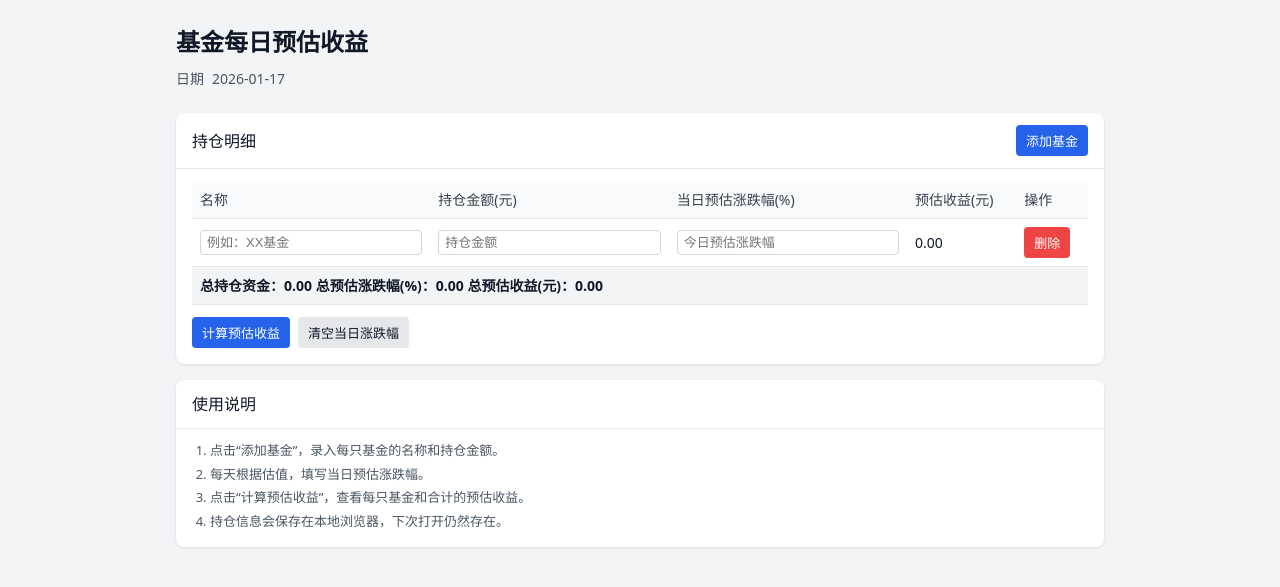
Repository: zt-boom/finance
Page: index.html
These files come from the project's save history. The page is drawn as it stood at one moment and after the next save; the edit follows.
The browser window is 1280 px wide. The pictures show the whole page.

Above is the page before, as saved 2026-01-17 12:01:10.

### index.html
<!DOCTYPE html>
<html lang="zh-CN">
<head>
<meta charset="UTF-8">
<title>基金每日预估收益</title>
<meta name="viewport" content="width=device-width,initial-scale=1">
<link rel="stylesheet" href="./style.css">
</head>
<body>
<div class="app">
<header class="app-header">
<h1>基金每日预估收益</h1>
<div class="date-row">
<span>日期</span>
<span id="current-date"></span>
</div>
</header>
<main class="app-main">
<section class="card">
<div class="card-header">
<h2>持仓明细</h2>
<button id="add-fund-btn" class="primary-button">添加基金</button>
</div>
<div class="card-body">
<div class="table-wrapper">
<table class="fund-table">
<thead>
<tr>
<th>名称</th>
<th>持仓金额(元)</th>
<th>当日预估涨跌幅(%)</th>
<th>预估收益(元)</th>
<th>操作</th>
</tr>
</thead>
<tbody id="fund-table-body"></tbody>
<tfoot>
<tr class="summary-row">
<td colspan="5">
<div class="summary-items">
<span>总持仓资金：<strong id="total-amount">0.00</strong></span>
<span>总预估涨跌幅(%)：<strong id="total-percent">0.00</strong></span>
<span>总预估收益(元)：<strong id="total-profit">0.00</strong></span>
</div>
</td>
</tr>
</tfoot>
</table>
</div>
<div class="actions-row">
<button id="calculate-btn" class="primary-button">计算预估收益</button>
<button id="reset-percentage-btn" class="secondary-button">清空当日涨跌幅</button>
</div>
</div>
</section>
<section class="card">
<div class="card-header">
<h2>使用说明</h2>
</div>
<div class="card-body instructions">
<ol>
<li>点击“添加基金”，录入每只基金的名称和持仓金额。</li>
<li>每天根据估值，填写当日预估涨跌幅。</li>
<li>点击“计算预估收益”，查看每只基金和合计的预估收益。</li>
<li>持仓信息会保存在本地浏览器，下次打开仍然存在。</li>
</ol>
</div>
</section>
</main>
</div>
<script src="./main.js"></script>
</body>
</html>

### style.css
* {
box-sizing: border-box;
margin: 0;
padding: 0;
}

body {
font-family: system-ui, -apple-system, BlinkMacSystemFont, "Segoe UI", sans-serif;
background-color: #f3f4f6;
color: #111827;
line-height: 1.5;
}

.app {
max-width: 960px;
margin: 0 auto;
padding: 24px 16px 40px;
}

.app-header {
display: flex;
flex-direction: column;
gap: 8px;
margin-bottom: 24px;
}

.app-header h1 {
font-size: 24px;
font-weight: 600;
color: #111827;
}

.date-row {
display: flex;
gap: 8px;
align-items: center;
font-size: 14px;
color: #4b5563;
}

.app-main {
display: flex;
flex-direction: column;
gap: 16px;
}

.card {
background-color: #ffffff;
border-radius: 8px;
box-shadow: 0 1px 3px rgba(15, 23, 42, 0.1);
overflow: hidden;
}

.card-header {
display: flex;
justify-content: space-between;
align-items: center;
padding: 12px 16px;
border-bottom: 1px solid #e5e7eb;
}

.card-header h2 {
font-size: 16px;
font-weight: 500;
}

.card-body {
padding: 12px 16px 16px;
}

.table-wrapper {
overflow-x: auto;
margin-bottom: 12px;
}

.fund-table {
width: 100%;
border-collapse: collapse;
font-size: 14px;
}

.fund-table th,
.fund-table td {
border-bottom: 1px solid #e5e7eb;
padding: 8px;
text-align: left;
}

.fund-table thead {
background-color: #f9fafb;
}

.fund-table th {
font-weight: 500;
color: #374151;
}

.fund-table tbody tr:nth-child(even) {
background-color: #f9fafb;
}

.fund-table input {
width: 100%;
padding: 4px 6px;
font-size: 13px;
border-radius: 4px;
border: 1px solid #d1d5db;
outline: none;
}

.fund-table input:focus {
border-color: #2563eb;
box-shadow: 0 0 0 1px rgba(37, 99, 235, 0.2);
}

.summary-row td {
font-weight: 600;
color: #111827;
background-color: #f3f4f6;
}

.primary-button,
.secondary-button,
.danger-button {
border-radius: 4px;
border: none;
cursor: pointer;
font-size: 13px;
padding: 6px 10px;
display: inline-flex;
align-items: center;
justify-content: center;
}

.primary-button {
background-color: #2563eb;
color: #ffffff;
}

.primary-button:hover {
background-color: #1d4ed8;
}

.secondary-button {
background-color: #e5e7eb;
color: #111827;
}

.secondary-button:hover {
background-color: #d1d5db;
}

.danger-button {
background-color: #ef4444;
color: #ffffff;
}

.danger-button:hover {
background-color: #dc2626;
}

.actions-row {
display: flex;
flex-wrap: wrap;
gap: 8px;
margin-top: 4px;
}

.instructions {
font-size: 13px;
color: #4b5563;
}

.instructions ol {
padding-left: 18px;
display: flex;
flex-direction: column;
gap: 4px;
}

@media (max-width: 640px) {
.app {
padding-inline: 12px;
}
.card-header {
flex-direction: column;
gap: 8px;
align-items: flex-start;
}
}

### main.js
const STORAGE_KEY = "fund_holdings_v1";

function formatCurrency(value) {
if (Number.isNaN(value)) return "0.00";
return value.toFixed(2);
}

function getTodayDateString() {
const now = new Date();
const year = String(now.getFullYear());
const month = String(now.getMonth() + 1).padStart(2, "0");
const day = String(now.getDate()).padStart(2, "0");
return `${year}-${month}-${day}`;
}

function loadHoldingsFromStorage() {
try {
const raw = window.localStorage.getItem(STORAGE_KEY);
if (!raw) return [];
const parsed = JSON.parse(raw);
if (!Array.isArray(parsed)) return [];
return parsed;
} catch (e) {
return [];
}
}

function saveHoldingsToStorage(holdings) {
try {
const serialized = JSON.stringify(holdings);
window.localStorage.setItem(STORAGE_KEY, serialized);
} catch (e) {
}
}

function createTableRow(fund) {
const tr = document.createElement("tr");
const nameTd = document.createElement("td");
const amountTd = document.createElement("td");
const percentTd = document.createElement("td");
const profitTd = document.createElement("td");
const actionsTd = document.createElement("td");
const nameInput = document.createElement("input");
nameInput.type = "text";
nameInput.value = fund.name || "";
nameInput.placeholder = "例如：XX基金";
nameInput.addEventListener("change", handleStorageUpdate);
const amountInput = document.createElement("input");
amountInput.type = "number";
amountInput.step = "0.01";
amountInput.min = "0";
amountInput.value = fund.amount != null ? String(fund.amount) : "";
amountInput.placeholder = "持仓金额";
amountInput.addEventListener("change", handleStorageUpdate);
const percentInput = document.createElement("input");
percentInput.type = "number";
percentInput.step = "0.01";
percentInput.placeholder = "今日预估涨跌幅";
const profitSpan = document.createElement("span");
profitSpan.textContent = "0.00";
const deleteButton = document.createElement("button");
deleteButton.textContent = "删除";
deleteButton.className = "danger-button";
deleteButton.addEventListener("click", () => {
tr.remove();
handleStorageUpdate();
calculateProfit();
});
nameTd.appendChild(nameInput);
amountTd.appendChild(amountInput);
percentTd.appendChild(percentInput);
profitTd.appendChild(profitSpan);
actionsTd.appendChild(deleteButton);
tr.appendChild(nameTd);
tr.appendChild(amountTd);
tr.appendChild(percentTd);
tr.appendChild(profitTd);
tr.appendChild(actionsTd);
tr.dataset.role = "fund-row";
return tr;
}

function readHoldingsFromTable() {
const rows = document.querySelectorAll('tr[data-role="fund-row"]');
const holdings = [];
rows.forEach(row => {
const inputs = row.querySelectorAll("input");
const nameInput = inputs[0];
const amountInput = inputs[1];
const name = nameInput.value.trim();
const amount = parseFloat(amountInput.value);
if (!name && (Number.isNaN(amount) || amount <= 0)) {
return;
}
holdings.push({
name,
amount: Number.isNaN(amount) ? 0 : amount
});
});
return holdings;
}

function handleStorageUpdate() {
const holdings = readHoldingsFromTable();
saveHoldingsToStorage(holdings);
}

function populateTableFromStorage() {
const tbody = document.getElementById("fund-table-body");
tbody.innerHTML = "";
const holdings = loadHoldingsFromStorage();
if (holdings.length === 0) {
const row = createTableRow({ name: "", amount: null });
tbody.appendChild(row);
return;
}
holdings.forEach(fund => {
const row = createTableRow(fund);
tbody.appendChild(row);
});
}

function calculateProfit() {
const rows = document.querySelectorAll('tr[data-role="fund-row"]');
let totalProfit = 0;
let totalAmount = 0;
rows.forEach(row => {
const inputs = row.querySelectorAll("input");
const amountInput = inputs[1];
const percentInput = inputs[2];
const amount = parseFloat(amountInput.value);
const percent = parseFloat(percentInput.value);
const profitCell = row.querySelector("td:nth-child(4) span");
if (Number.isNaN(amount) || Number.isNaN(percent)) {
profitCell.textContent = "0.00";
return;
}
const profit = amount * percent / 100;
totalProfit += profit;
if (!Number.isNaN(amount)) {
totalAmount += amount;
}
profitCell.textContent = formatCurrency(profit);
});
const totalAmountElement = document.getElementById("total-amount");
const totalPercentElement = document.getElementById("total-percent");
if (totalAmountElement) {
totalAmountElement.textContent = formatCurrency(totalAmount);
}
if (totalPercentElement) {
const totalPercent = totalAmount > 0 ? (totalProfit / totalAmount) * 100 : 0;
totalPercentElement.textContent = formatCurrency(totalPercent);
}
const totalProfitElement = document.getElementById("total-profit");
totalProfitElement.textContent = formatCurrency(totalProfit);
}

function resetPercentages() {
const rows = document.querySelectorAll('tr[data-role="fund-row"]');
rows.forEach(row => {
const inputs = row.querySelectorAll("input");
const percentInput = inputs[2];
const profitCell = row.querySelector("td:nth-child(4) span");
percentInput.value = "";
profitCell.textContent = "0.00";
});
const totalProfitElement = document.getElementById("total-profit");
totalProfitElement.textContent = "0.00";
const totalPercentElement = document.getElementById("total-percent");
if (totalPercentElement) {
totalPercentElement.textContent = "0.00";
}
const totalAmountElement = document.getElementById("total-amount");
if (totalAmountElement) {
let totalAmount = 0;
const rows = document.querySelectorAll('tr[data-role="fund-row"]');
rows.forEach(row => {
const inputs = row.querySelectorAll("input");
const amountInput = inputs[1];
const amount = parseFloat(amountInput.value);
if (!Number.isNaN(amount)) {
totalAmount += amount;
}
});
totalAmountElement.textContent = formatCurrency(totalAmount);
}
}

function initApp() {
const dateElement = document.getElementById("current-date");
if (dateElement) {
dateElement.textContent = getTodayDateString();
}
populateTableFromStorage();
const addFundButton = document.getElementById("add-fund-btn");
const calculateButton = document.getElementById("calculate-btn");
const resetPercentageButton = document.getElementById("reset-percentage-btn");
if (addFundButton) {
addFundButton.addEventListener("click", () => {
const tbody = document.getElementById("fund-table-body");
const row = createTableRow({ name: "", amount: null });
tbody.appendChild(row);
});
}
if (calculateButton) {
calculateButton.addEventListener("click", () => {
calculateProfit();
handleStorageUpdate();
});
}
if (resetPercentageButton) {
resetPercentageButton.addEventListener("click", () => {
resetPercentages();
});
}
}

if (document.readyState === "loading") {
document.addEventListener("DOMContentLoaded", initApp);
} else {
initApp();
}

After the next save:
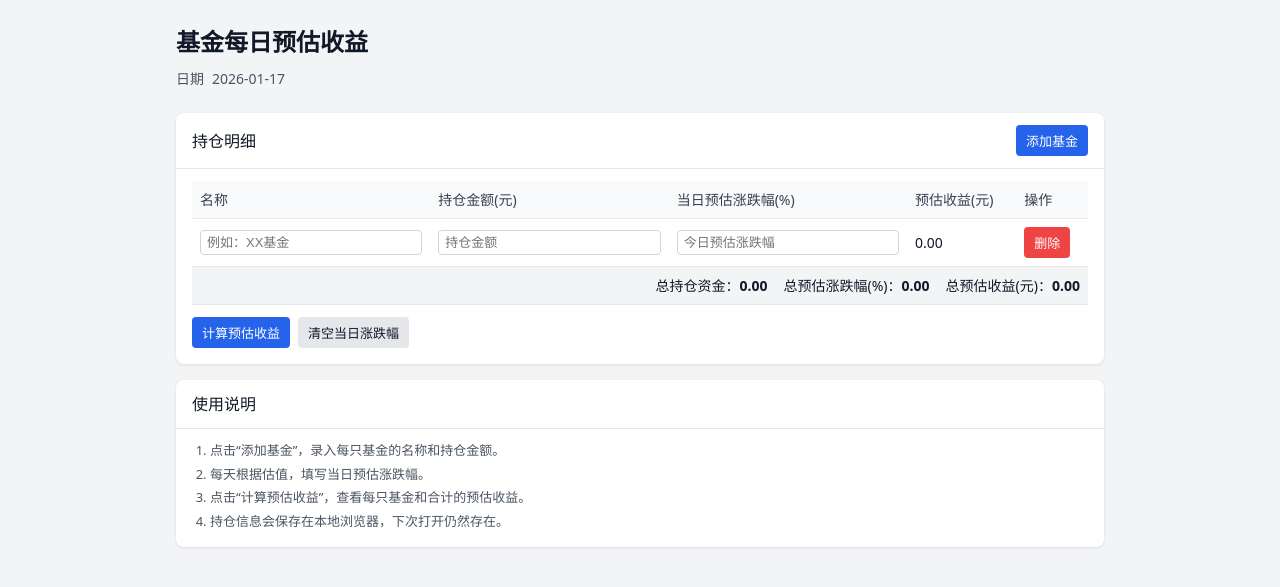
Saved 14 s later.
--- a/style.css
+++ b/style.css
@@ -117,6 +117,19 @@ box-shadow: 0 0 0 1px rgba(37, 99, 235, 0.2);
 font-weight: 600;
 color: #111827;
 background-color: #f3f4f6;
+}
+
+.summary-items {
+display: flex;
+flex-wrap: wrap;
+gap: 4px 16px;
+justify-content: flex-end;
+align-items: center;
+}
+
+.summary-items span {
+font-weight: 500;
+white-space: nowrap;
 }
 
 .primary-button,
